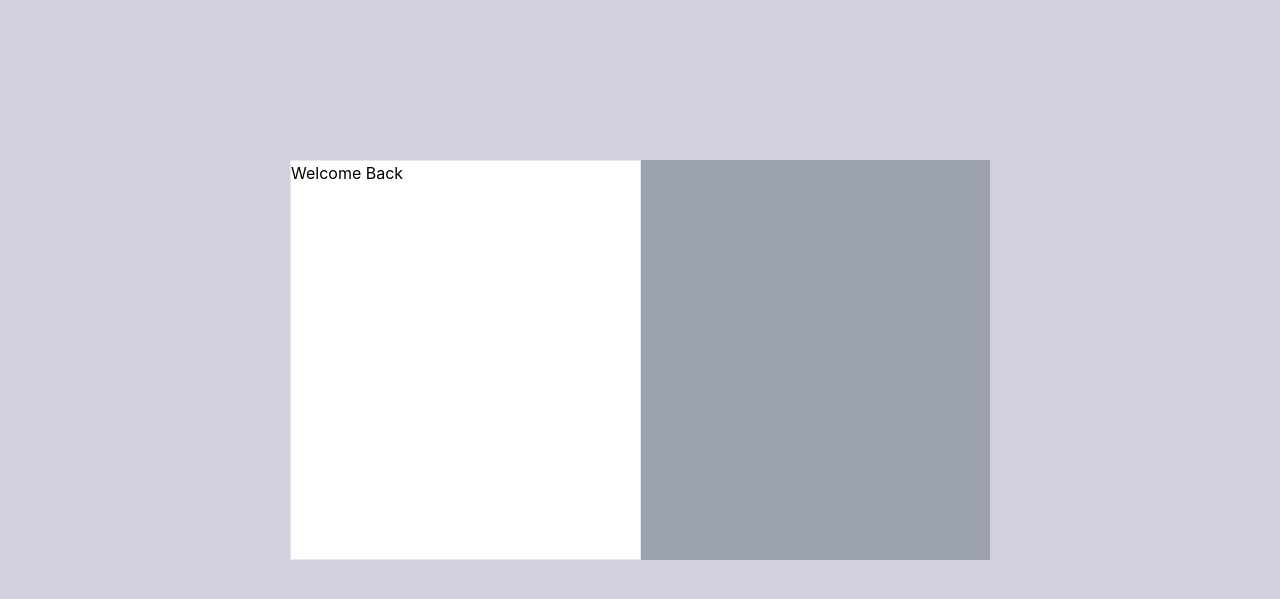
Repository: cosmicswati/upgrad-captions-project
Page: /
The author's editor kept a copy of each file at every save. The page is drawn from the files as they stood at one save, then again after the next save.
The browser window is 1280 px wide. The pictures show the whole page.
The project was rebuilt for these pictures with package versions that can differ from the ones it lists, and the page was loaded fresh each time.

Above is the page before, as saved 2024-04-08 17:49:22.

After the next save:
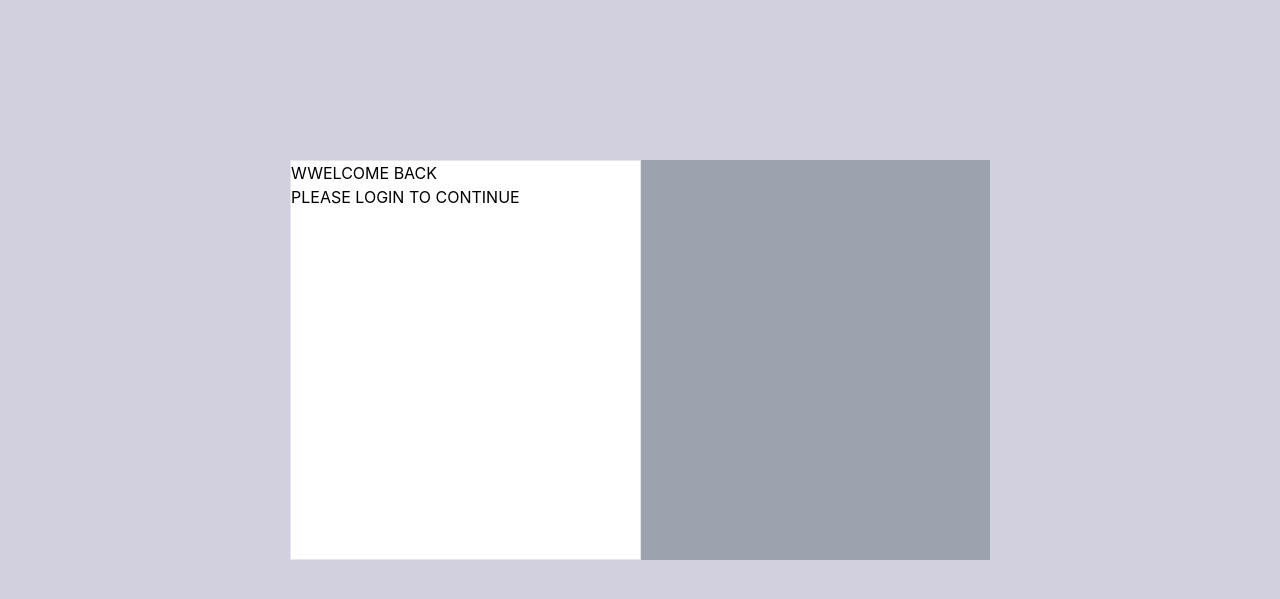
Saved 4 min 10 s later.
--- a/src/modules/Authorization/Form.jsx
+++ b/src/modules/Authorization/Form.jsx
@@ -5,7 +5,11 @@ const Form = () => {
     <div className='bg-[#d2cfdf] h-screen w-full flex justify-center items-center'>
       <div className='h-[400px] w-[700px] bg-white flex justify-center items-center'>
       <div className='border h-full w-full'>
-          Welcome Back
+         <div>WWELCOME BACK</div>
+         <div>PLEASE LOGIN TO CONTINUE</div>
+         <form>
+
+         </form>
       </div>
       <div className='h-full w-full bg-gray-400'>
 
